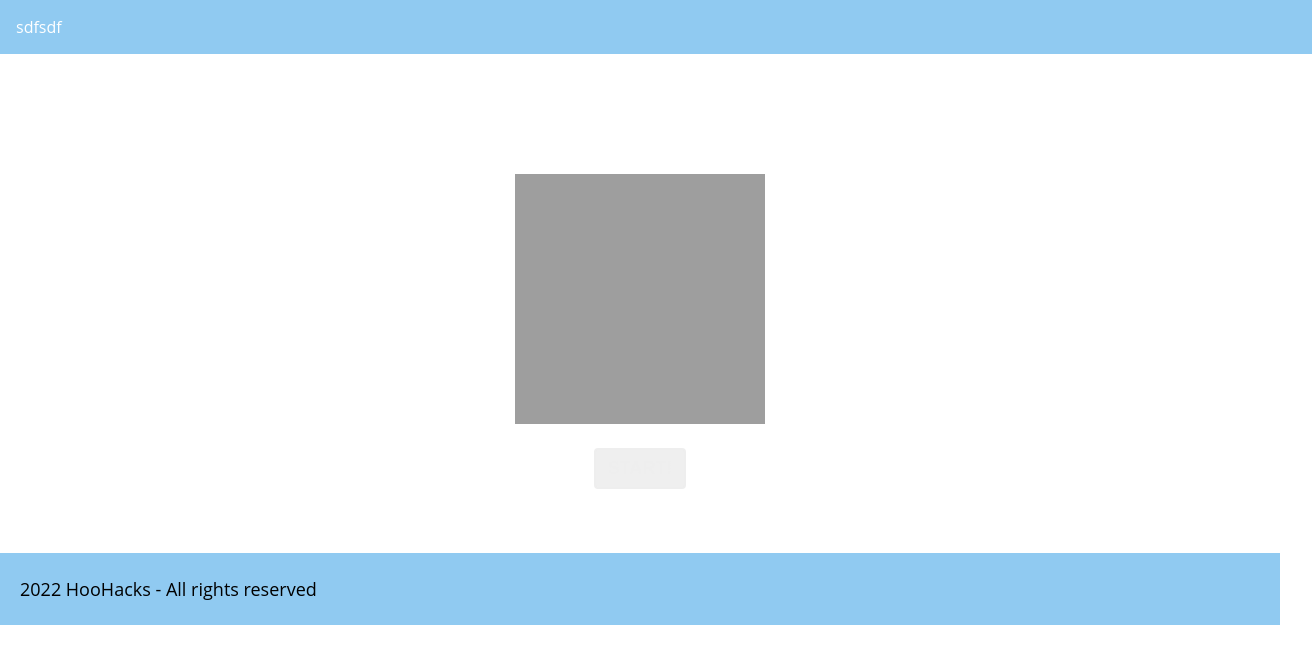
Repository: jennyjjung/H2ODaily
Page: index.html
The author's editor kept a copy of each file at every save. The page is drawn from the files as they stood at one save, then again after the next save.
The browser window is 1280 px wide. The page is 1312 px wide, so the pictures cover 1312 px, including what lies to the right of the window. The pictures show the whole page.
Pictures or frames that could not be fetched are drawn as grey boxes.

Above is the page before, as saved 2022-03-26 14:53:27.

### index.html
<!DOCTYPE html>
<html lang="en">
<head>
  <meta charset="UTF-8">
  <meta http-equiv="X-UA-Compatible" content="IE=edge">
  <meta name="viewport" content="width=device-width, initial-scale=1.0">
  <title>H2O Daily</title>
  <link rel="stylesheet" href="style.css" />
  <script src="main.js" defer></script>
</head>
<body>

  <nav id="navbar">
    <div class="navbar__container">sdfsdf</div>
  </nav>

  <section id="home">
    <div class= "home__container">
      <img src="images/krusty_krab.png" alt="H2ODaily Logo" class="home__logo">
      <button class="btn__home">START!</button>
    </div>
  </section>

  <section id="bottom">
    <div class= "bottom__container">
      <p class="bottom__rights">2022 HooHacks - All rights reserved</p>
    </div>
  </section>

</body>
</html>

### style.css
/* Global */
:root {
  /* Color */
  --color-white: #ffffff;
  --color-light-white: #eeeeee;
  --color-dark-white: #bdbdbd;
  --color-pink: #fe918d;
  --color-dark-pink: #ff6863;
  --color-dark-grey: #4d4d4d;
  --color-grey: #616161;
  --color-light-grey: #7c7979;
  --color-blue: #90caf1;
  --color-yellow: #fff7d1;
  --color-orange: #feb546;
  --color-black: #000000;

  /* Font weight */
  --weight-bold: 700;
  --weight-semi-bold: 600;
  --weight-regular: 400;

  /* Font Size */
  --font-large: 48px;
  --font-medium: 28px;
  --font-regular: 18px;
  --font-small: 16px;
  --font-micro: 14px;

  /* Size */
  --size-border-radius: 4px;
}

body {
  margin: 0;
  font-family: "Open Sans", sans-serif;
  cursor: default;
}

p {
  font-size: var(--font-regular);
  font-weight: var(--weight-regular);
  color: var(--color-black);
  margin: 4px 0;
}

/* Navbar */
#navbar {
  width: 100%;
  background-color: var(--color-blue);
  color: var(--color-white);
  padding: 16px;
}

/* Home */
#home {
  padding: 40px;
  padding-top: 120px;
  text-align: center;
}

.home__container {
  display: flex;
  flex-direction: column;
  align-items: center;
}

.home__logo {
  width: 250px;
  height: 250px;
}

.btn__home {
  color: var(--color-light-white);
  font-size: var(--font-regular);
  font-weight: var(--weight-bold);
  margin: 24px;
  padding: 8px 12px;
  border: 2px solid var(--color-light-white);
  border-radius: var(--size-border-radius);
}

.btn__home:hover {
  background-color: var(--color-orange);
}

#bottom {
  background-color: var(--color-blue);
  padding: 20px;
}

Loaded but not shown: main.js (no copy from this time; the picture is the same without it)

After the next save:
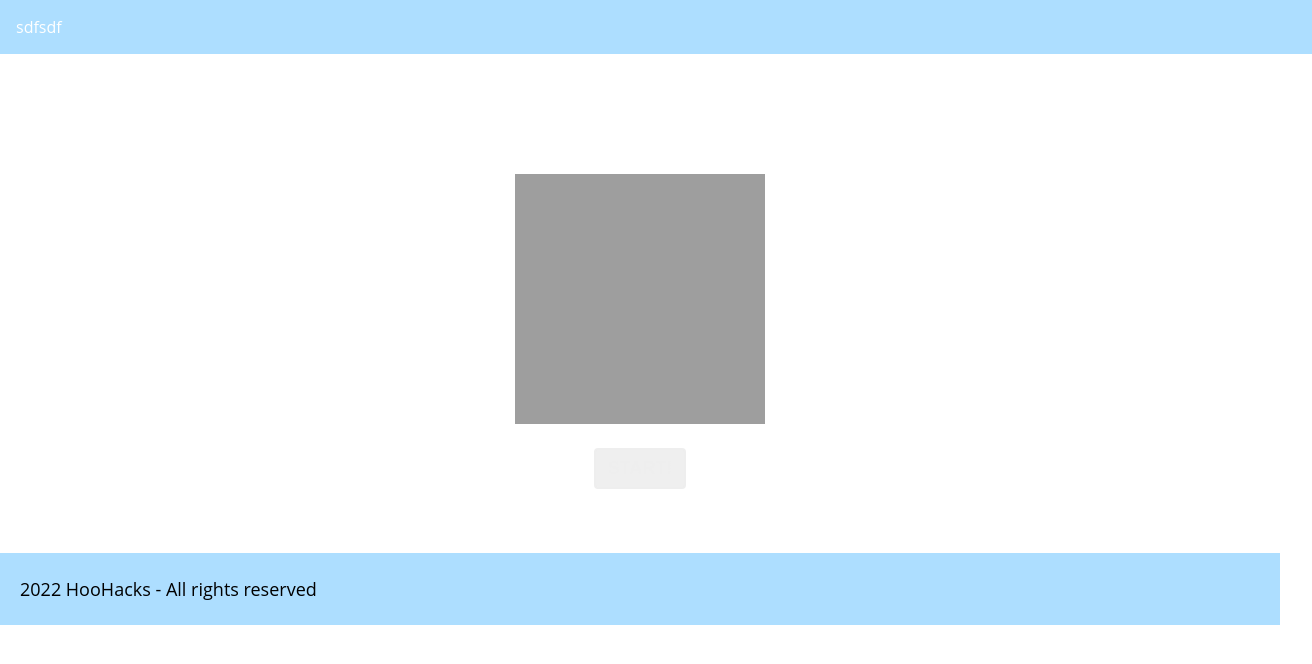
Saved 16 s later.
--- a/style.css
+++ b/style.css
@@ -9,7 +9,7 @@
   --color-dark-grey: #4d4d4d;
   --color-grey: #616161;
   --color-light-grey: #7c7979;
-  --color-blue: #90caf1;
+  --color-blue: #addeff;
   --color-yellow: #fff7d1;
   --color-orange: #feb546;
   --color-black: #000000;
